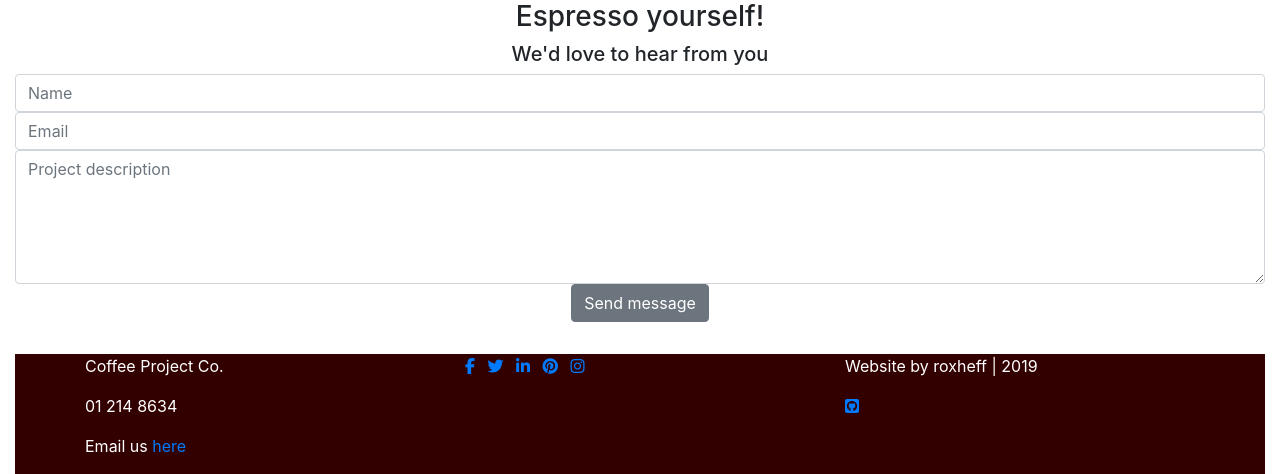
Repository: roxanahefferon/M1
Page: index.html
The author's editor kept a record of every edit. The page is drawn from the files as they stood at one moment, then again after the next edit.
The browser window is 1280 px wide. The pictures show the part of the page from y = 2914 to 3388 px (the page is 3388 px tall).
Some web libraries are served in a nearby version.

Above is the page before.

### index.html
<!DOCTYPE html>
<html lang="en">

<head>
  <meta charset="UTF-8">
  <meta name="viewport" content="width=device-width, initial-scale=1.0">
  <meta http-equiv="X-UA-Compatible" content="ie=edge">
  <link rel="stylesheet" href="https://maxcdn.bootstrapcdn.com/bootstrap/4.0.0/css/bootstrap.min.css" integrity="sha384-Gn5384xqQ1aoWXA+058RXPxPg6fy4IWvTNh0E263XmFcJlSAwiGgFAW/dAiS6JXm" crossorigin="anonymous">
  <script src="https://kit.fontawesome.com/877201db70.js" crossorigin="anonymous"></script>
  <link rel="stylesheet" href="assets/css/style.css" type="text/css" />
  <title>Coffee Project Co.</title>
</head>

<body>
  <header>

    <! --- navbar --->

    <nav class="navbar navbar-expand-sm navbar-light fixed-top"> <a class="navbar-brand" href="index.html"> <img src="./assets/images/coffee-project-logo.png" width="120px" alt="bbb-logo"></a>
      <button class="navbar-toggler" type="button" data-toggle="collapse" data-target="#collapsibleNavbar">
    <span class="navbar-toggler-icon"></span>
  </button>
      <div class="collapse navbar-collapse " id="collapsibleNavbar">
        <ul class="navbar-nav">
          <li class="nav-item">
            <a class="nav-link" href="#">Our coffees</a>
          </li>
          <li class="nav-item">
            <a class="nav-link" href="# ">Brewing guides</a>
          </li>
          <li class="nav-item dropdown">
            <a class="nav-link dropdown-toggle" href="#" id="navbardrop" data-toggle="dropdown">Our courses</a>
            <div class="dropdown-menu">
              <a class="dropdown-item" href="#">Intro to coffee</a>
              <a class="dropdown-item" href="#">Barista SCA</a>
              <a class="dropdown-item" href="#">Brewing SCA</a>
            </div>
          </li>
          <li class="nav-item">
            <a class="nav-link" href="#">Contact</a>
          </li>
        </ul>
      </div>
    </nav>


  </header>

  <! --- bg color change --->

  <div class="container bgblack">

    <! --- jumbotron hero image --->

    <div class="container">
      <div class="row">
        <div class="col">
          <div class="jumbotron jumbotron-container">
            <h1 class="display-4">Welcome</h1>
            <p class="lead">We bring you sustainable, organic, fair trade coffee from the best farmers in the world</p>
            <hr class="my-4 jumbotron-divider">
            <p>We now supplement barista courses with SCA Coffee Skills modules<span>&nbsp</span><a href="#" class="badge badge-light">New</a></p>
          </div>
        </div>
      </div>
    </div>

    <! --- about us --->

    <div class="container-fluid">
      <div class="row">
        <div class="col">
          <div class="quote-landing">
            <p class="quote"> <i class="fas fa-quote-left fa-xs" aria-hidden="true"></i>Life is short, enjoy your coffee<i class="fas fa-quote-right fa-xs" aria-hidden="true"></i></p>
          </div>
        </div>
      </div>
    </div>

    <div class="container">
      <div class="row">
        <div class="col">
          <div class="about">
            <p>We are a wholesale coffee roastery renowned for sourcing speciality coffee from all over the world.</p>
            <p>We currently supply fresh roasted coffee to order to 200+ venues nationwide.</p>
          </div>
        </div>
      </div>
    </div>

    <! --- beans --->

    <div class="container ourbeans">
      <div class="row">
        <div class="col-12">
          <img src="./assets/images/our-beans.png" class="ourbeans-img" alt="roasted coffee beans image" width=100% height=80px>
          <div class="ourbeansheader">our beans</div>
        </div>
      </div>
    </div>

    <! --- cards for beans section --->

    <div class="container">
      <div class="row cards-beans">
        <div class="col-12 col-md-6">
          <div class="card1">
            <div class="card" style="width: 100%">
              <div class="card-header">
                <h3>Single Origin</h3>
              </div>
              <img class="card-img-top" src="./assets/images/single-origin-card1.png" alt="Kettle pouring into chemex image">
              <div class="card-body">
                <p class="card-text">This is where the fun is. These are seasonal coffees that are constantly changing. Very often we are buy entire micro lots, giving us world exclusivity on that coffee – when we do this you know that the coffee is truly exceptional.</p>
                <a href="#" class="btn btn-light">Read more</a>
              </div>
            </div>
          </div>
        </div>


        <div class="col-12 col-md-6">
          <div class="card2">
            <div class="card" style="width: 100%">
              <div class="card-header">
                <h3>Blends</h3>
              </div>
              <img class="card-img-top" src="./assets/images/blends-card2.png" alt="Espresso machine and cups image">
              <div class="card-body">
                <p class="card-text">With every new crop, beans change subtly. With every new coffee we import, a new blend awaits. We know that creating the "perfect" blend is a futile persuit but we love trying and we know you'll enjoy what we create.</p>
                <a href="#" class="btn btn-light">Read more</a>
              </div>
            </div>
          </div>
        </div>
      </div>
    </div>
  </div>


  <! --- sca courses --->

  <div class="sca-section">

    <div class="container">
      <div class="row no-gutters">

        <div class="container">
          <div class="row no-gutters">
            <div class="col-12">
              <img src="./assets/images/sca-logo.png" alt="sca logo image" width=200 height=200></img>
            </div>
          </div>
        </div>
      </div>

      <div class="sca-text col-12">
        <h2>SCA Courses</h2>
        <p>Lorem ipsum dolor sit amet, an his etiam torquatos.</p>
        <p>Tollit soleat phaedrum te duo, eum cu recteque expetendis neglegentur.</p>
        <p>Cu mentitum maiestatis persequeris pro, pri ponderum tractatos ei.</p>
        <button type="button" class="btn btn-outline-secondary">Browse courses</button>
      </div>
    </div>
  </div>



  <! --- brew guides --->

  <div class="container brewguides">
    <div class="row">
      <div class="col-12">
        <img src="./assets/images/brew-guides.png" class="brewguides-img" alt="brewing methods image" width=100% height=200px>
        <div class="brewguidesheader">brew guides</div>
      </div>
    </div>
  </div>

  <! --- link to page/downloadable pdfs --->

  <div class="container brew-cards">
    <div class="row no-gutters">

      <div class="col-sm-6 col-md-12 col-lg-12">

        <div class="card-group">

          <div class="card">
            <img class="card-img-top" src="./assets/images/chemex.png" alt="chemex icon">
            <div class="card-body text-center">
              <span><a href="chemex.html">chemex</span></a>
            </div>
          </div>
          <div class="card">
            <img class="card-img-top" src="./assets/images/espresso-machine.png" alt="espresso machine icon">
            <div class="card-body text-center">
              <span><a href="espresso.html">espresso</span></a>
            </div>
          </div>

          <div class="card">
            <img class="card-img-top" src="./assets/images/aeropress.png" alt="aeropress icon">

            <div class="card-body text-center">
              <span><a href="aeropress.html">aeropress</span></a>
            </div>
          </div>
          <div class="card">
            <img class="card-img-top" src="./assets/images/french-press.png" alt="french press icon">

            <div class="card-body text-center">
              <span><a href="cafetiere.html">cafetiere</span></a>
            </div>
          </div>

        </div>
      </div>
    </div>
  </div>

  <! --- testimonials carousel  --->

  <div class="container">
    <div class="row">
      <div class="col">

        <div id="testimonialscarousel" class="carousel slide" data-ride="carousel">

          <!-- Indicators -->

          <ul class="carousel-indicators">
            <li data-target="#testimonialscarousel" data-slide-to="0" class="active"></li>
            <li data-target="#testimonialscarousel" data-slide-to="1"></li>
            <li data-target="#testimonialscarousel" data-slide-to="2"></li>
          </ul>

          <!-- The slideshow -->

          <div class="carousel-inner">
            <div class="carousel-item active">
              <img src="https://i.imgur.com/qSUjgpF.jpg" alt="Oxmantown Café Image" width="1100" height="500">
              <div class="carousel-caption">
                <p style="width: 100%; height: 100%; background-color: rgba(51,153,102,0.75" ;>"The feedback from our customers has been very positive about the coffee and quite often we are asked where they can get it outside of the restaurant." | Oxmantown</p>
              </div>
            </div>
            <div class="carousel-item">
              <img src="https://i.imgur.com/is4K5KZ.jpg" alt="BIBI's Café Image" width="1100" height="500">
              <div class="carousel-caption">
                <p style="width: 100%; height: 100%; background-color: rgba(153,102,102,0.75" ;>"Big Brown Bean have been there for us every step of the way with training and guidance to make sure that each cup is as good as the last." | BIBI's</p>
              </div>
            </div>
            <div class="carousel-item">
              <img src="https://i.imgur.com/USzXhdX.jpg" alt="Forest Ave. Restaurant Image" width="1100" height="500">
              <div class="carousel-caption">
                <p style="width: 100%; height: 100%; background-color: rgba(204,153,0,0.75)" ;>"We have been open for over a year now and have used Big Brown Bean coffee from the very start. It is, no doubt, exceptional quality coffee." | Forest Ave. Restaurant</p>
              </div>
            </div>
          </div>

          <!-- Left and right controls -->

          <a class="carousel-control-prev" href="#testimonialscarousel" data-slide="prev">
    <span class="carousel-control-prev-icon"></span>
  </a>
          <a class="carousel-control-next" href="#testimonialscarousel" data-slide="next">
    <span class="carousel-control-next-icon"></span>
  </a>
        </div>


      </div>
    </div>
  </div>

  <! --- quotes --->




  <! --- enquiries form --->

  <section class="container-fluid">
    <div class="row bg-color-contact">
      <div class="col">
        <h3 class="contact-heading uppercase text-center">
          Espresso yourself!
        </h3>
        <h5 class="uppercase text-center">
          We'd love to hear from you
        </h5>
        <div class="center-form">
          <form>
            <input type="text" name="name" id="fullname" class="form-control" placeholder="Name" required />
            <input type="email" name="email" id="emailaddress" class="form-control" placeholder="Email" required />
            <textarea rows="5" name="projectsummary" id="projectsummary" class="form-control" placeholder="Project description" required></textarea>
            <div class="form-row text-center">
              <div class="col">
                <button type="submit" class="btn btn-secondary">Send message</button>
              </div>
            </div>
          </form>
        </div>
      </div>
    </div>

    <! --- footer --->

    <footer>
      <div class="footer my-footer">

        <div class="container">
          <div class="row">

            <div class="col-4 footer-menu">
              <p>Coffee Project Co.</p>
              <p>01 214 8634</p>
              <p>Email us <a href="#"><span class="here-link">here</a></p></span>
            </div>


            <div class="col-4 media">
              <ul class="list-inline">
                <li class="list-inline-item">
                  <a href="#" target="_blank">
<i class="fab fa-facebook-f" aria-hidden="true"></i>
<span class="sr-only">Facebook</span>
</a>
                </li>
                <li class="list-inline-item">
                  <a href="#" target="_blank">
<i class="fab fa-twitter" aria-hidden="true"></i>
<span class="sr-only">Twitter</span></a>
                </li>
                <li class="list-inline-item">
                  <a href="#" target="_blank">
<i class="fab fa-linkedin-in" aria-hidden="true"></i>
<span class="sr-only">LinkedIn</span>
</a>
                </li>
                <li class="list-inline-item">
                  <a href="#" target="_blank">
<i class="fab fa-pinterest" aria-hidden="true"></i>
<span class="sr-only">Pinterest</span>
</a>
                </li>
                <li class="list-inline-item">
                  <a href="#" target="_blank">
<i class="fab fa-instagram" aria-hidden="true"></i>
<span class="sr-only">Instagram</span>
</a>
                </li>

              </ul>
            </div>
            <div class="col-4 my-info">
              <p>Website by roxheff | 2019</p>
              <a href="https://github.com/roxanahefferon"><i class="fab fa-github-square"></i></a>
            </div>
          </div>
        </div>

      </div>
      </div>


      </div>
    </footer>


    <script src="https://code.jquery.com/jquery-3.2.1.slim.min.js" integrity="sha384-KJ3o2DKtIkvYIK3UENzmM7KCkRr/rE9/Qpg6aAZGJwFDMVNA/GpGFF93hXpG5KkN" crossorigin="anonymous"></script>
    <script src="https://cdnjs.cloudflare.com/ajax/libs/popper.js/1.12.9/umd/popper.min.js" integrity="sha384-ApNbgh9B+Y1QKtv3Rn7W3mgPxhU9K/ScQsAP7hUibX39j7fakFPskvXusvfa0b4Q" crossorigin="anonymous"></script>
    <script src="https://maxcdn.bootstrapcdn.com/bootstrap/4.0.0/js/bootstrap.min.js" integrity="sha384-JZR6Spejh4U02d8jOt6vLEHfe/JQGiRRSQQxSfFWpi1MquVdAyjUar5+76PVCmYl" crossorigin="anonymous"></script>
</body>

</html>

### assets/css/style.css
@import url('https://fonts.googleapis.com/css?family=Lato|Montserrat:500&display=swap');

body {
    margin: 0;
    padding: 0;
}

/* --- navbar --- */

.navbar-brand {
    margin-left: 0.05rem;
    margin-top: 0.25rem;
    border: solid 2px;
    border-color: #000000;
    border-radius: 0.25rem;
    padding: .40rem .75rem;
}

.navbar-light {
    background-color: #ffffff;
}

.navbar fixed-top {
    position: fixed !important;
}

.navbar-brand:hover {
    border-color: #b87333;
}

.navbar .navbar-toggler {
    border: solid 2px;
    border-color: #000000;
}

.navbar .navbar-toggler:hover {
    border-color: #b87333;
}

.dropdown a {
    font-weight: 500;
}

.navbar-nav a {
    font-weight: 500;
}

.dropdown-menu {
    border: solid 2px;
    color: #000000;
}

.dropdown-menu:hover {
    color: #b87333;
}

.navbar-collapse {
    margin-left: 20px;
}

.nav-item a {
    color: #000000;
}

.navbar-light .navbar-nav .nav-link {
    color: #000000;
}

.bgblack {
    background-color: #000000;
    padding: 0;
}

/* --- jumbotron hero image --- */

.jumbotron-container {
    margin-top: 180px;
}

.jumbotron {
    background-image: url("https://i.imgur.com/ysdDc1S.png");
    background-position: center;
    background-repeat: no-repeat;
    background-size: cover;
    position: relative;
    margin-bottom: 0.5rem;
}

.jumbotron h1,
.jumbotron p {
    color: #fafafa;
    text-align: center;
}

.jumbotron-divider {
    background-color: #b87333;
    margin: 1.5rem;
}

.badge-light {
    background-color: #b87333;
    border: none;
    color: #ffffff;
    font-weight: lighter;
}

.badge-light:hover {
    background-color: #4a4a4f;
    border: none;
    color: #000000;
    font-weight: inherit;
    font-size: 1rem;
}

.quote-landing {
    color: #b87333;
    text-align: center;
    font-family: "Lora", sans-serif;
    font-weight: 500;
    font-size: 1.2rem;
    margin-top: 1rem;
    padding: 5px;
    border: 2px solid;
    border-color: #b87333;
    border-radius: 0.3rem;
}

.quote {
    margin-top: 1rem;
    margin-bottom: 1rem;
}

/* --- about us --- */

.about {
    color: #fafafa;
    font-weight: lighter;
    margin-bottom: 0.5rem;
    padding: 0.5rem 0;
    border-radius: 0.25rem;
}

.about p {
    margin: 1rem;
    text-align: center;
}

/* --- beans --- */

.ourbeans {
    position: relative;
    text-align: center;
    color: white;
    text-transform: uppercase;
    font-weight: bolder;
    font-size: 1.8rem;
}

.ourbeansheader {
    position: absolute;
    top: 50%;
    left: 50%;
    transform: translate(-50%, -50%);
    border: 5px solid;
    border-radius: 0.25rem;
    padding: 0.4rem;
}


/* --- cards landing ---*/

.card1,
.card2 {
    margin-top: 2rem;
    padding-bottom: 2rem;
}

.card-header {
    background-color: #000000;
    color: #b87333;
    text-align: center;
}

.card-img-top {
    max-height: 50%;
}

.card-body {
    background-color: #000000;
}

.card-body p {
    color: #ffffff;
}

.btn-light {
    background-color: #b87333;
    color: #ffffff;
    border: none;
}

/* --- sca courses --- */

.sca-section {
    margin-top: 20px;
}

.sca-img {
    padding: 0;
    border: 2px solid;
    border-radius: 0.25rem;
}

/* --- brew guides --- */

.brewguides {
    position: relative;
    text-align: center;
    color: white;
    text-transform: uppercase;
    font-weight: bolder;
    font-size: 1.8rem;
    margin-top: 2rem;
}

.brewguidesheader {
    position: absolute;
    top: 50%;
    left: 50%;
    transform: translate(-50%, -50%);
    border: 5px solid;
    border-radius: 0.25rem;
    padding: 0.4rem;
}


/* --- link to page/downloadable pdfs ---*/

.brew-cards {
    margin-top: 2rem;
}


.card-group img {
    width: 100px;
    height: 100px;
    transform: translateX(90%);
}



/* --- courses.html --- */





/* --- footer --- */

.footer {
    background-color: #330000;
    color: #ffffff;
    margin-top: 2rem;

}



/* --- chemex.html --- */

.chemex-container {
    margin-top: 200px;
    background-color: #669966;
    border: 1px solid #669966;
    border-radius: 0.25rem;
}

/* --- media queries --- */

@media (min-width: 768px) {
    .quote-landing {
        font-size: 2.5rem;
    }
}

@media (min-width: 768px) {
    .ourbeans-img {
        height: 180px;
    }
}

After the next edit:
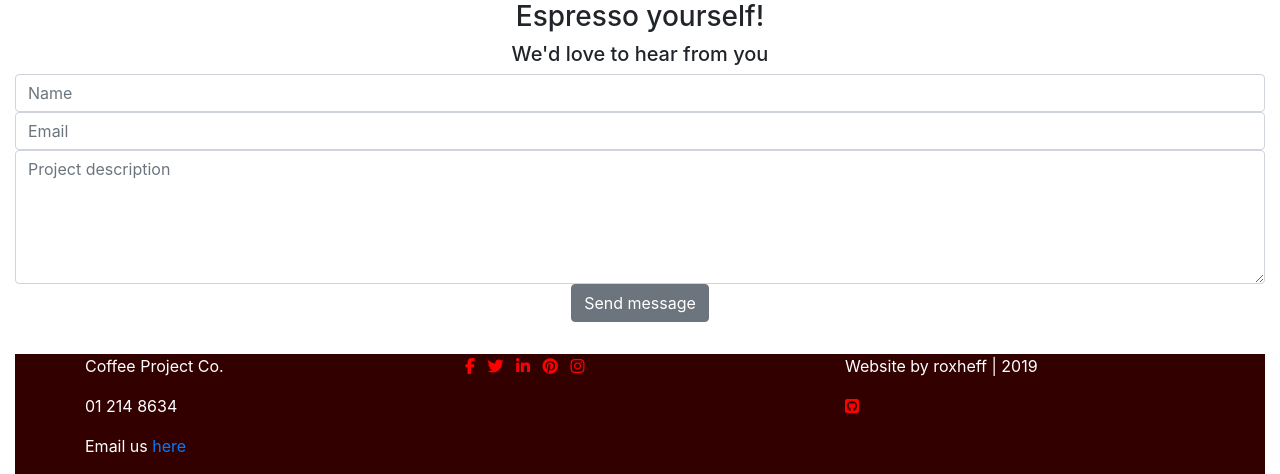
The edit:
--- a/assets/css/style.css
+++ b/assets/css/style.css
@@ -264,6 +264,15 @@
 
 }
 
+.media-links {
+    font-size: 20px;
+    color: #ffffff;
+}
+
+.fab {
+    color: red;
+}
+
 
 
 /* --- chemex.html --- */
